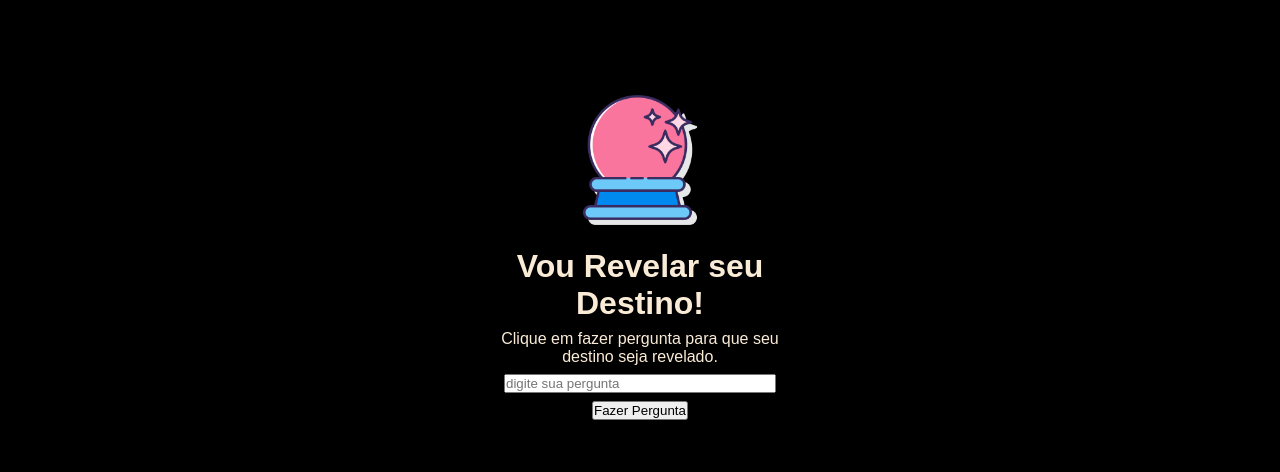
Repository: guilhermecardoso93/nlwexplorer
Page: index.html
The author's editor kept a copy of each file at every save. The page is drawn from the files as they stood at one save, then again after the next save.
The browser window is 1280 px wide. The pictures show the whole page.

Above is the page before, as saved 2022-06-08 23:37:12.

After the next save:
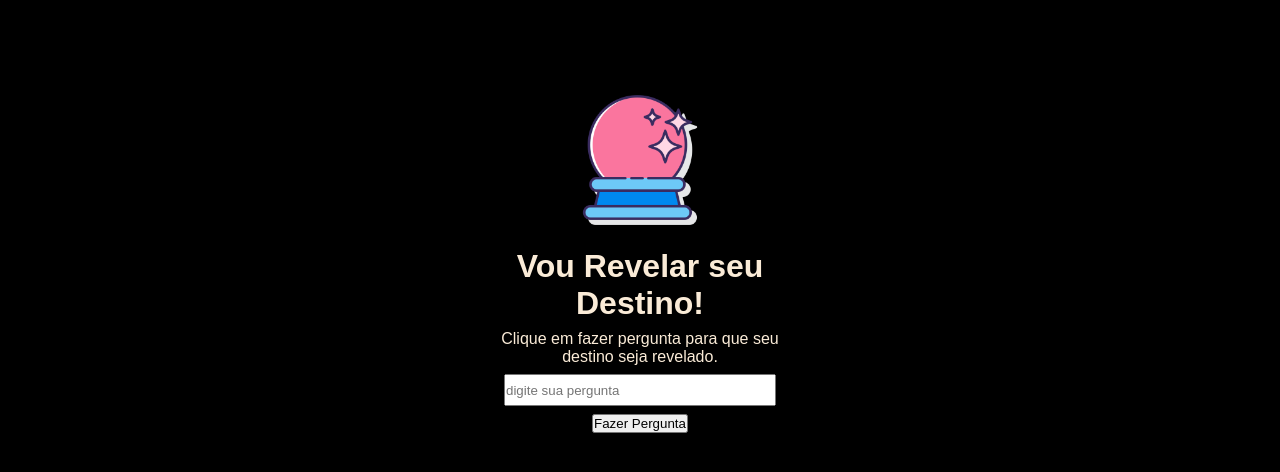
Saved 16 s later.
--- a/styles.css
+++ b/styles.css
@@ -23,6 +23,7 @@ main .principal {
 
 .principal input{
   width: 17rem;
+  height: 2rem;
 }
 
 #cristalBallImg {
